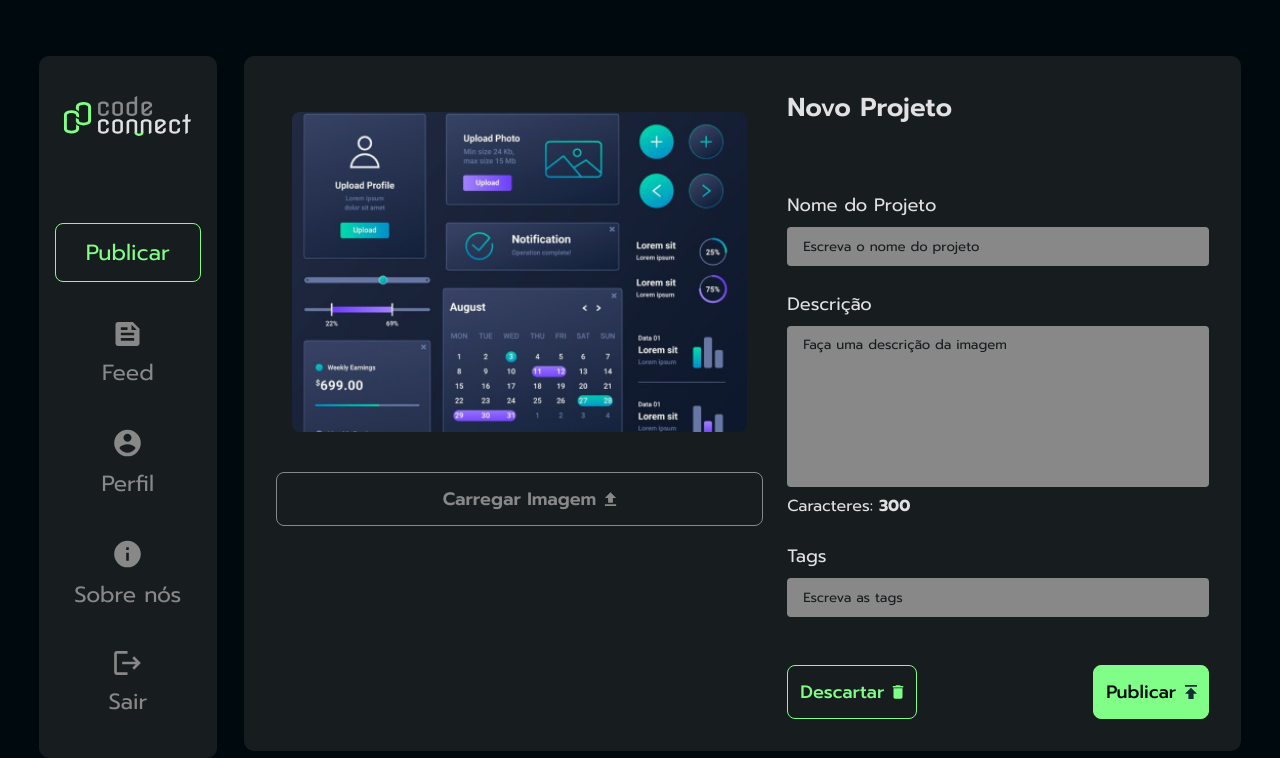
Repository: joaoPraiaJunior/async_await
Page: index.html
These files come from the project's save history. The page is drawn as it stood at one moment and after the next save; the edit follows.
The browser window is 1280 px wide. The pictures show the whole page.

Above is the page before, as saved 2024-08-29 19:32:01.
Console error (its wording comes from the project's code and is left out).

After the next save:
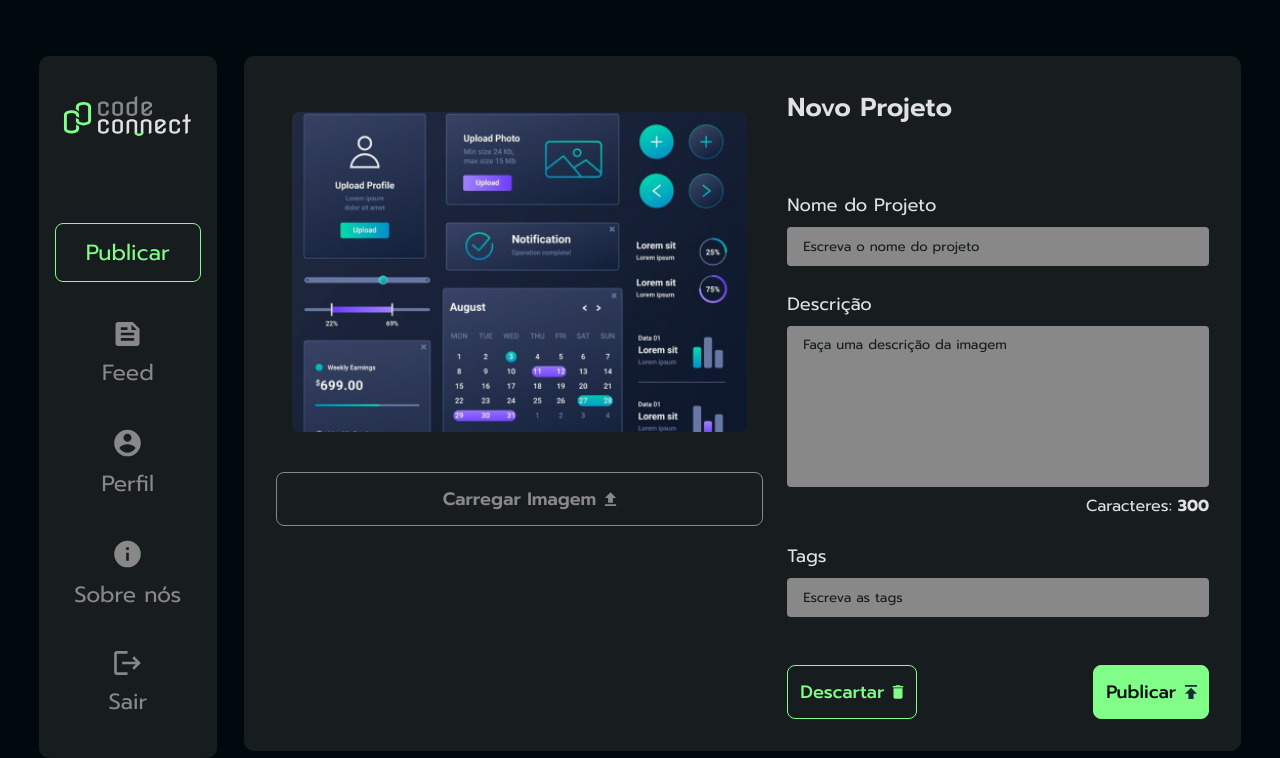
Saved 47 s later.
--- a/css/styles.css
+++ b/css/styles.css
@@ -207,6 +207,10 @@ textarea {
   background-image: url("../img/upload.svg");
 }
 
+.c-formulario__contador {
+  text-align: right;
+}
+
 .c-upload-imagem__publicacao {
   background-color: var(--secundary-color);
   border-radius: 0.8rem;
